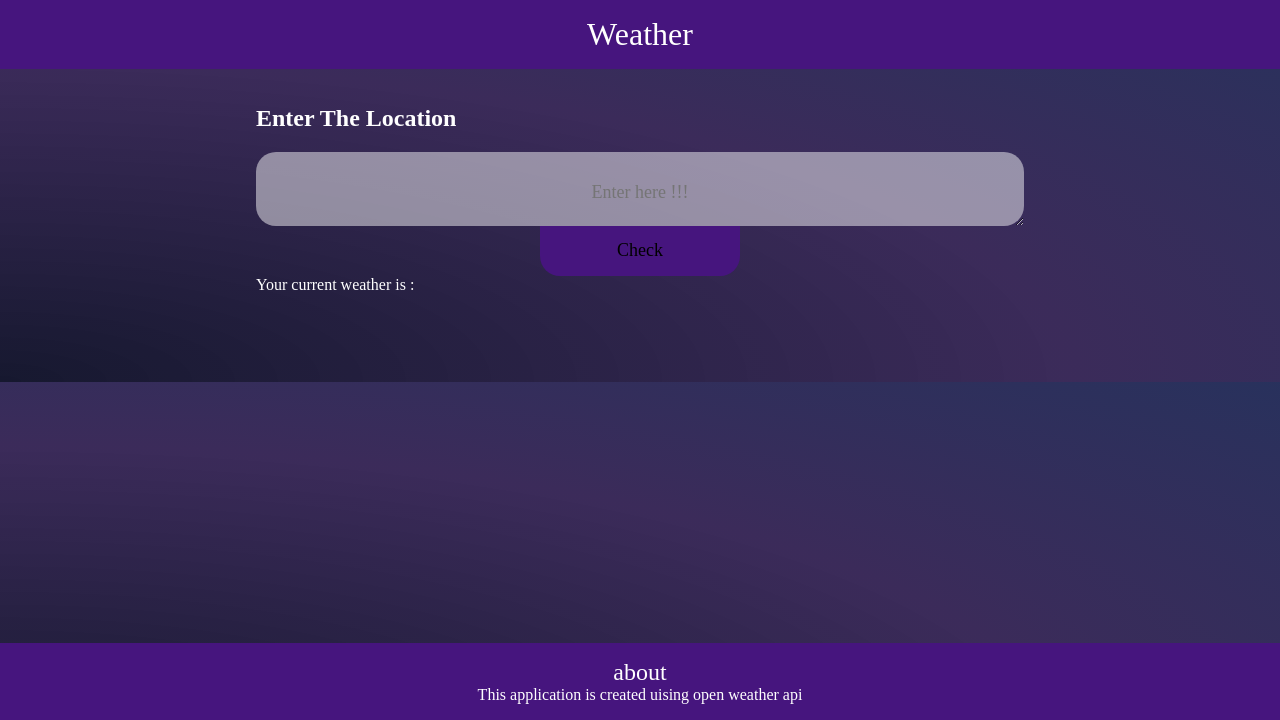
Repository: Irfan-vit/openapi
Page: index.html
The author's editor kept a copy of each file at every save. The page is drawn from the files as they stood at one save, then again after a run of saves.
The browser window is 1280 px wide. The pictures show the whole page.

Above is the page before, as saved 2021-05-28 23:47:40.

### index.html
<!DOCTYPE html>
<html lang="en">

<head>
    <meta charset="UTF-8">
    <meta http-equiv="X-UA-Compatible" content="IE=edge">
    <meta name="viewport" content="width=device-width, initial-scale=1.0">
    <title>Api</title>
    <link rel="stylesheet" href="style.css">
</head>

<body>

    <nav>
        <div style="font-size: 2rem; padding: 1rem;">
            Weather
        </div>

    </nav>

    <main>

        <h2>Enter The Location</h2>

        <textarea name="" id="txt-input" class="t-area" placeholder="Enter here !!!"></textarea>

        <button id="btn-translate">
            Check
        </button>

        <div>Your current weather is :</div>

        <div id="output" class="t-area">

        </div>

    </main>

    <footer>
        <div style="font-size: x-large;">about</div>
        <p>This application is created uising open weather api</p>
    </footer>



    <script src="app.js" type="text/javascript"></script>
</body>

</html>

### style.css
/* @import url('https://fonts.googleapis.com/css2?family=Kalam&display=swap'); */

* {
    box-sizing: border-box;
}

:root {
    --primary: #46157E;
    --black: #333333;
    --width-break:800px
}

body {
    margin: 0;
    /* font-family: 'Kalam', cursive; */
    color: #333333;
      background: radial-gradient(
    ellipse at left bottom,
    rgba(22, 24, 47, 1) 0%,
    rgba(38, 20, 72, 0.9) 59%,
    rgba(17, 27, 75, 0.9) 100%
  );
    color: white;

}

nav {
    background-color: var(--primary);
    text-align: center;
}

main {
    margin: auto;
    padding: 1rem;
    max-width: var(--width-break);
}

textarea {
    display: block;
    width: 100%;
    min-height: 5vh;
    font-size: large;
    font-family: inherit;
    background-color: #ffffff7a;
    border:none;
    border-radius:20px;
    text-align: center;
    padding-top: 30px;;
}

textarea:hover {
    display: block;
    width: 100%;
    min-height: 5vh;
    font-size: large;
    font-family: inherit;
    background-color: #ffffff;
    border-radius:20px;
    border: none;
    text-align: center;
}

button {
    background-color: var(--primary);
    border: none;
    margin: 8rem 0rem;
    font-family: 'Kalam', cursive;
    font-size: large;
    cursor: pointer;
    height: 50px;
    width: 200px;
    border-bottom-left-radius:20px;
    border-bottom-right-radius:20px;
    margin:auto;
    display:block;

}


#output {
    box-sizing: border-box;
    width: 100%;
    min-height: 10vh;
    max-height: 20vh;
    /* border: 1px solid var(--black); */
}

footer {
    position: fixed;
    bottom: 0;
    width: 100%;
    padding: 1rem;
    background-color: var(--primary);
    text-align: center;
}

footer p {
    max-width: var(--width-break);
    margin: auto;
}

### app.js
var btnTranslate = document.querySelector("#btn-translate");
var txtInput = document.querySelector("#txt-input");
var outputDiv = document.querySelector('#output')
var serverURL = "https://api.openweathermap.org/data/2.5/weather?q="
var key = "&appid=49257f6591cfc3ed8daf0b5970d519cb"

function getTranslationURL(text) {
    return serverURL + text + key
}

function errorHandler(error) {
    console.log("error occured", error)
    alert("something went wrong  :  " + error)
}

function clickHandler() {
    // outputDiv.innerText = "translated  " + txtInput.value + "  To : bababbababababababa ";

    var inputText = txtInput.value;

    fetch(getTranslationURL(inputText))
        .then(response => response.json())
        .then(json => {
            var translatedText = "Country : " + json['sys']['country'] + " | tempreature : " + json['main']['temp'] + " | weather : " +  json['weather'][0]['description'] + " | longitude : " + json['coord']['lon'] + " | latitude : " + json['coord']['lat'] + " | wind speed : " + json['wind']['speed'] + " | Wind direction, degrees : " + json['wind']['deg'];
            outputDiv.innerText = translatedText;
            })
    };


btnTranslate.addEventListener("click", clickHandler)

After the next 2 saves:
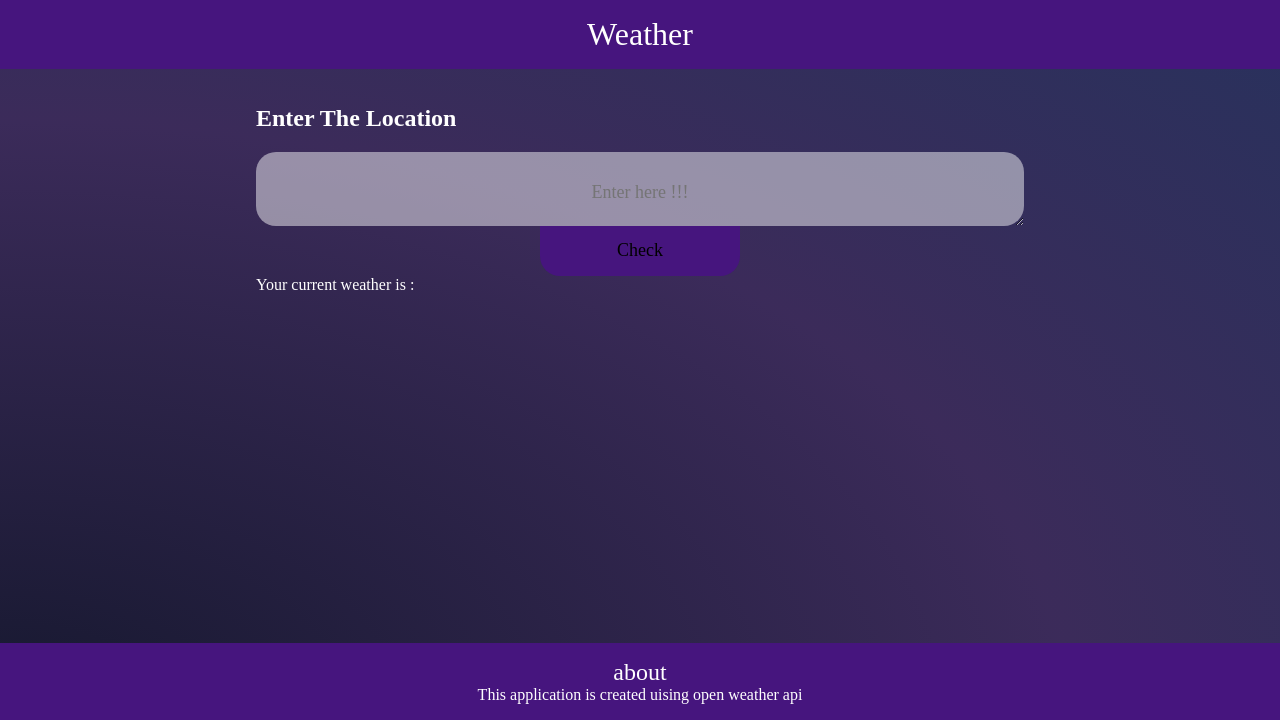
The 2 saves are shown as one change because they came seconds apart.
The last was saved 58 s later.
--- a/style.css
+++ b/style.css
@@ -20,6 +20,10 @@ body {
     rgba(38, 20, 72, 0.9) 59%,
     rgba(17, 27, 75, 0.9) 100%
   );
+        height: 100%;
+    margin: 0;
+    background-repeat: no-repeat;
+    background-attachment: fixed;
     color: white;
 
 }
